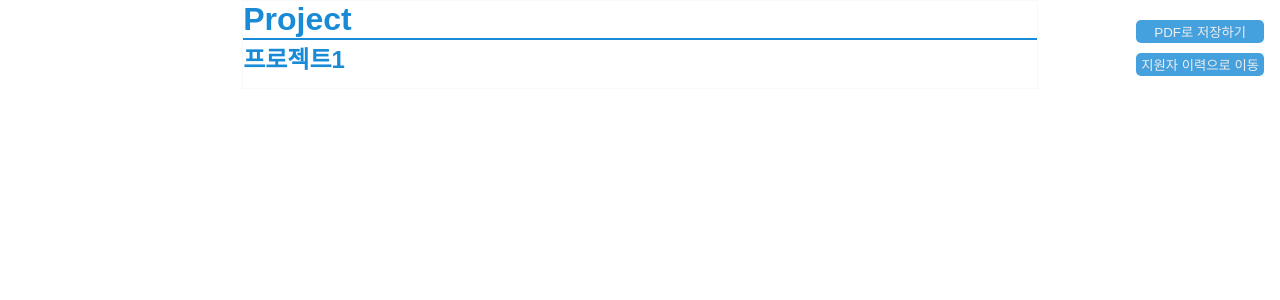
Repository: DooBae-KR/MySelf
Page: /project
These files come from the project's save history. The page is drawn as it stood at one moment and after a run of saves; the edit follows.
The browser window is 1280 px wide. The pictures show the whole page.
The project was rebuilt for these pictures with package versions that can differ from the ones it lists, and the page was loaded fresh each time. Also part of the build but not shown: src/data/MyInform.js, src/pages/Myself.js.

Above is the page before, as saved 2025-07-24 16:51:26.

After the next 2 saves:
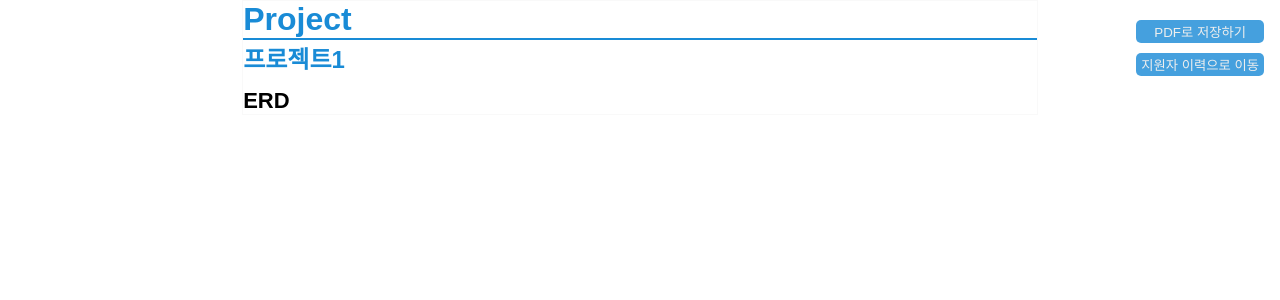
The 2 saves are shown as one change because they came seconds apart.
The last was saved 2 min 59 s later.
--- a/src/pages/Project.js
+++ b/src/pages/Project.js
@@ -12,6 +12,8 @@
                 <div className="contentTitle">프로젝트1</div>
                     <div className="container">
                         <div className="contianer col">
+                            <h2>ERD</h2>
+
 
                         </div>
                     </div>
